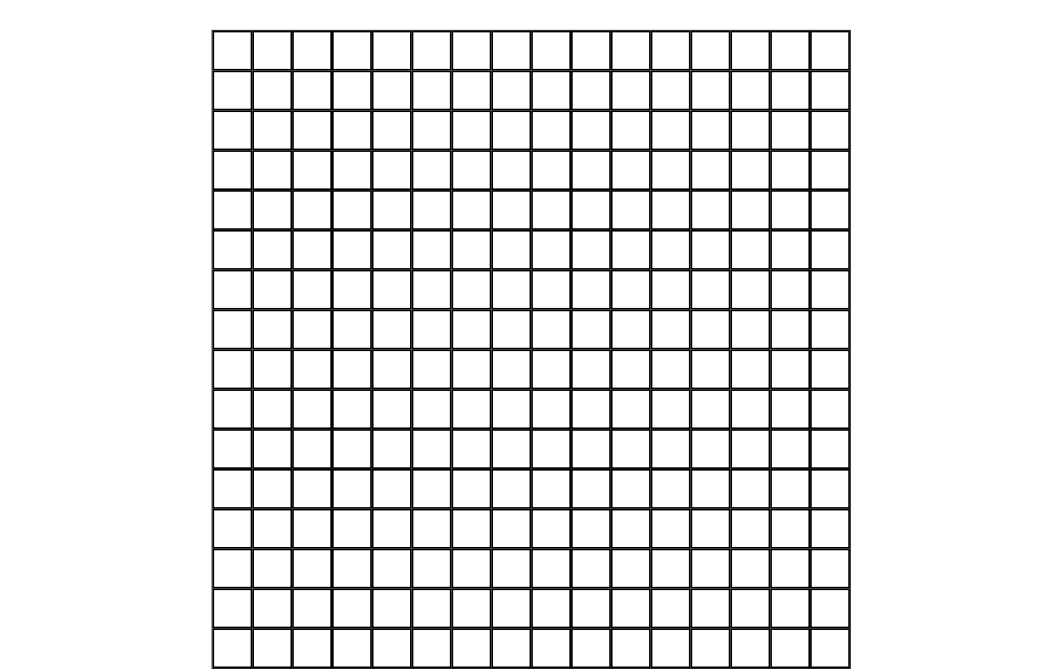
Repository: ShaneLau2/Odin-Project-Etch-a-Sketch
Page: index.html
An editor plug-in stored every save of this project. The page is shown before and after the next save, followed by the edit.
The browser window is 1280 px wide. The pictures show the whole page, at 83% of full size.

Above is the page before, as saved 2024-03-04 18:02:09.

After the next save:
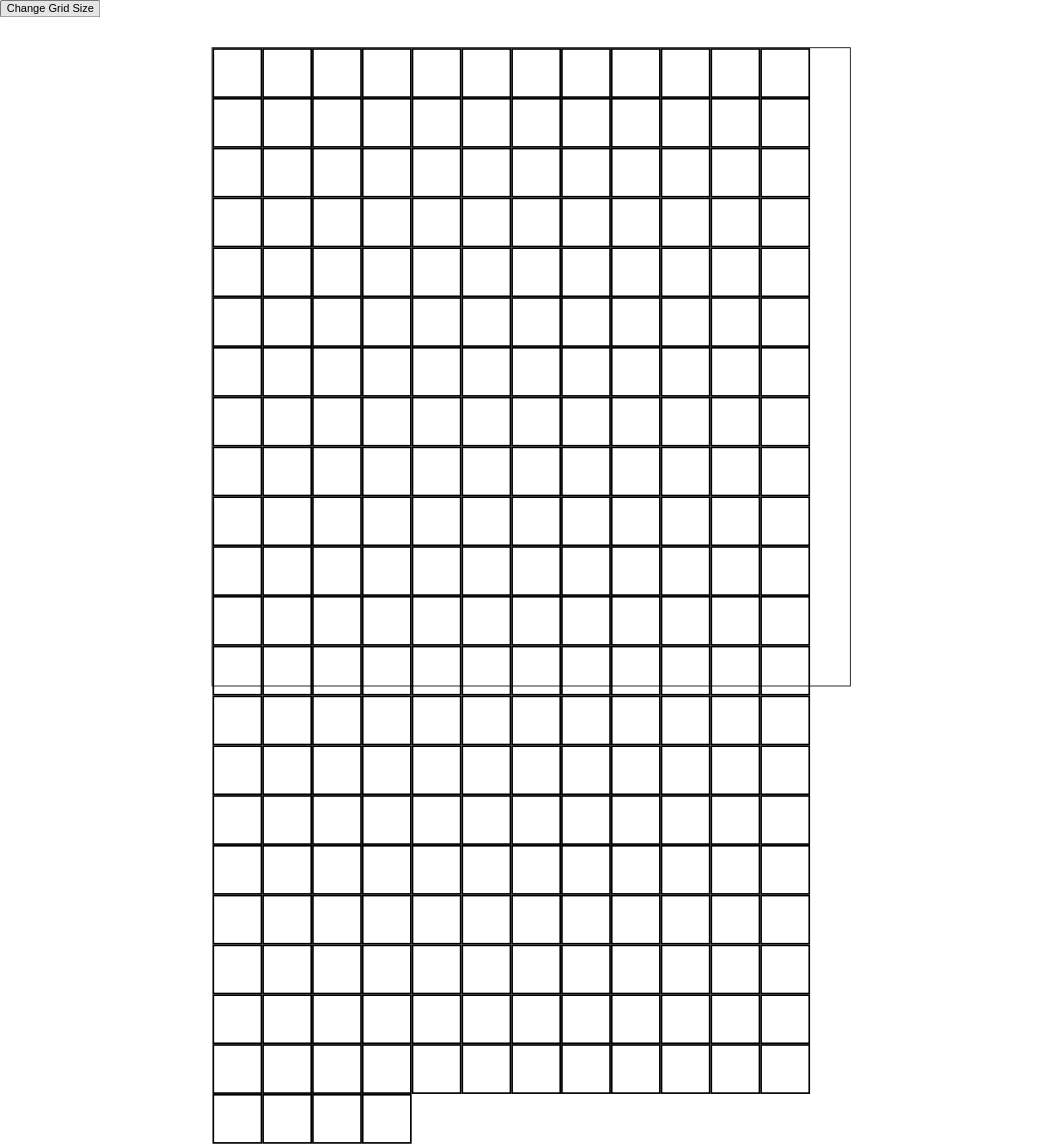
Saved 19 min 37 s later.
--- a/script.js
+++ b/script.js
@@ -1,15 +1,60 @@
+// document.addEventListener("DOMContentLoaded", function() {
+//     const container = document.getElementById("container");
+//     const gridSize = 16;
+
+//     for (let i = 0; i < gridSize; i++) {
+//         for (let j = 0; j < gridSize; j++) {
+//             const square = document.createElement("div");
+//             square.classList.add("square");
+//             container.appendChild(square);
+//             square.addEventListener("mouseover", function() {
+//                 square.style.backgroundColor = "gray";
+//             });
+//         }
+//     }
+// });
 document.addEventListener("DOMContentLoaded", function() {
     const container = document.getElementById("container");
-    const gridSize = 16;
+    let gridSize = 16;
 
-    for (let i = 0; i < gridSize; i++) {
-        for (let j = 0; j < gridSize; j++) {
+    const button = document.createElement("button");
+    button.textContent = "Change Grid Size";
+    document.body.insertBefore(button, container);
+
+    button.addEventListener("click", function() {
+        let newSize = prompt(
+            "Enter the number of squares per side for the new grid (max 100):"
+        );
+
+        newSize = parseInt(newSize);
+        if (isNaN(newSize) || newSize < 1 || newSize > 100) {
+            alert("Invalid input. Please enter a number between 1 and 100.");
+            return;
+        }
+
+        // Remove existing grid
+        while (container.firstChild) {
+            container.removeChild(container.firstChild);
+        }
+
+        // Create new grid
+        gridSize = newSize;
+        createGrid(gridSize);
+    });
+
+    function createGrid(size) {
+        container.style.gridTemplateColumns = `repeat(${size}, 1fr)`;
+        for (let i = 0; i < size * size; i++) {
             const square = document.createElement("div");
             square.classList.add("square");
+            square.style.width = `calc(960px / ${size})`;
+            square.style.height = `calc(960px / ${size})`;
             container.appendChild(square);
             square.addEventListener("mouseover", function() {
                 square.style.backgroundColor = "gray";
             });
         }
     }
+
+    createGrid(gridSize);
 });
